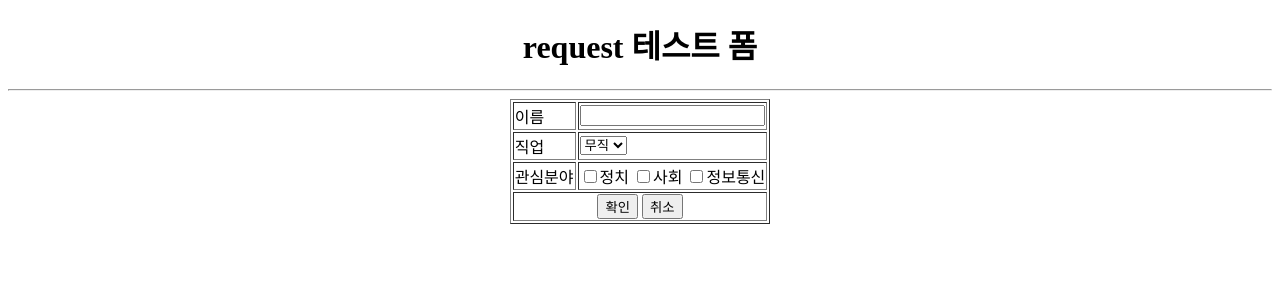
Repository: nijooymik/smartfactory
Page: http://localhost/t0720/requesttestform.jsp
These files come from the project's save history. The page is drawn as it stood at one moment and after the next save; the edit follows.
The browser window is 1280 px wide. The pictures show the whole page.
The page is served by Tomcat 9.

Above is the page before, as saved 2022-07-20 02:42:18.

After the next save:
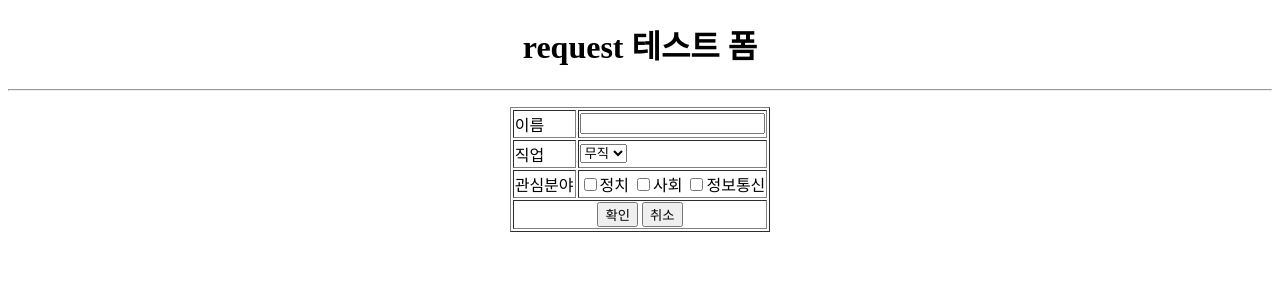
Saved 16 s later.
--- a/jsp/t0720/src/main/webapp/requesttestform.jsp
+++ b/jsp/t0720/src/main/webapp/requesttestform.jsp
@@ -9,7 +9,7 @@
 <body>
 	<center>
 		<h1>request 테스트 폼</h1>
-		<hr>
+		<hr><p>
 		<table border=1>
 			<tr>
 				<td>이름</td>
